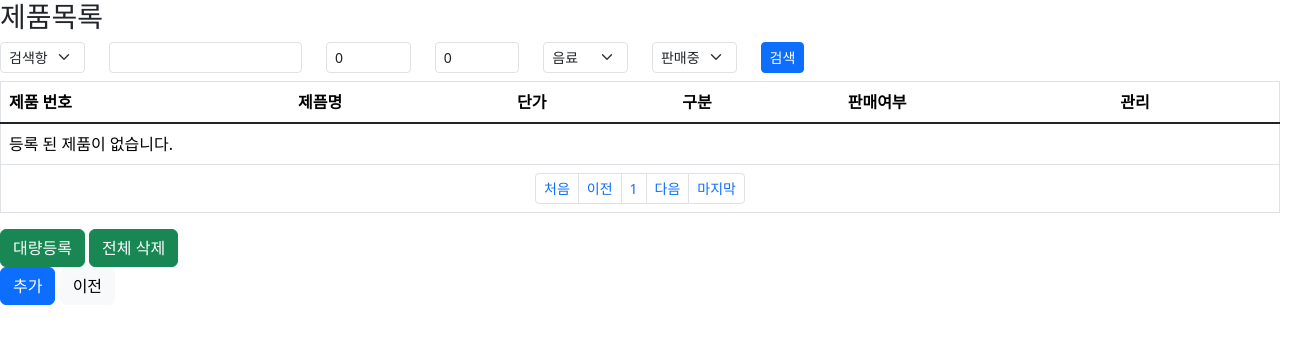
Repository: Hongsomang/spring2
Page: StarCafe/src/main/webapp/resources/view/html/product.html
These files come from the project's save history. The page is drawn as it stood at one moment and after the next save; the edit follows.
The browser window is 1280 px wide. The page is 1292 px wide, so the pictures cover 1292 px, including what lies to the right of the window. The pictures show the whole page.
The page's requests for data from a server got no answer.

Above is the page before, as saved 2023-03-16 02:14:35.

### StarCafe/src/main/webapp/resources/view/html/product.html

<!DOCTYPE html>
<html>
<head>
<meta charset="UTF-8">
<meta name="viewport" content="width-drive.width, initial-scale=1.0">
<link
	href="https://cdn.jsdelivr.net/npm/bootstrap@5.3.0-alpha1/dist/css/bootstrap.min.css"
	rel="stylesheet">
<script
	src="https://cdn.jsdelivr.net/npm/bootstrap@5.3.0-alpha1/dist/js/bootstrap.bundle.min.js"></script>
<script
	src="https://cdnjs.cloudflare.com/ajax/libs/jquery/3.6.0/jquery.min.js"></script>
<script type="text/javascript" src="/resources/js/pager.js"></script>
<script type="text/javascript" src="/resources/js/search.js"></script>
<link href="/resources/css/pager.css" rel="stylesheet" type="text/css">
<!-- ${pageContext.request.contextPath} -->
</head>
<body>
	<div>
		<div>
			<h3>제품목록</h3>
		</div>
		<div>

			<div class="row mb-2">
				<div class="col-1">
					<select name="search" class=" form-select-sm form-select">
						<option>검색항목</option>
						<option value="1">제품번호</option>
						<option value="2">제품명</option>
						<option value="3">단가</option>
						<option value="4">구분</option>
						<option value="5">판매여부</option>
					</select>
				</div>
				<div class="col-2">
					<input name="keyword" type="text"
						class="form-control  form-control-sm keyword-all keyword-1 keyword-2">
				</div>

				<div class="col-1">
					<input name="minPrice" type="number"
						class="form-control form-control-sm keyword-all keyword-3"
						placeholder="이전금액" value="0">
				</div>

				<div class="col-1 ">
					<input name="maxPrice" type="number"
						class="form-control form-control-sm keyword-all keyword-3"
						placeholder="이후금액" value="0">
				</div>

				<div class="col-1 ">
					<select name="category"
						class=" form-select-sm form-select keyword-all keyword-4">
						<option value="1">음료</option>
						<option value="2">푸드</option>
						<option value="3">상품</option>
						<option value="4">카드</option>

					</select>
				</div>
				<div class="col-1">
					<select name="status"
						class=" form-select-sm form-select keyword-all keyword-5">
						<option value="0">판매중지</option>
						<option value="1">판매중</option>

					</select>
				</div>
				<div class="col-1">
					<button id="search" class="btn btn-sm btn-primary">검색</button>
				</div>
			</div>

		</div>
		<div>
			<table border="1" class="table">
				<thead>
					<tr>
						<th scope="col">제품 번호</th>
						<th scope="col">제픔명</th>
						<th scope="col">단가</th>
						<th scope="col">구분</th>
						<th scope="col">판매여부</th>
						<th scope="col">관리</th>
					</tr>
				</thead>

				<tbody id="list" class="table-group-divider">

					<tr id="empty_list">
						<td colspan="6">등록 된 제품이 없습니다.</td>
					</tr>




				</tbody>
				<tfoot>
					<tr>
						<td colspan="6">
							<ol style="margin: 0"
								class="pagination pagination-sm justify-content-center">
								<li class="page-item page-first"><div class="page-link">
										처음</div></li>
								<li class="page-item page-prev"><div class="page-link">
										이전</div></li>

								<li class="page-item page-list "><div class="page-link">1</div></li>


								<li class="page-item page-next"><div class="page-link">
										다음</div></li>
								<li class="page-item page-last"><div class="page-link">
										마지막</div></li>
							</ol>
						</td>
					</tr>
				</tfoot>
			</table>
		</div>
		<div>
			<a class="btn btn-success" href="dummy">대량등록</a> <a
				class="btn btn-success" href="init">전체 삭제</a>
		</div>
		<div>
			<a class="btn btn-primary" href="add">추가</a> <a class="btn btn-light"
				href="../">이전</a>
		</div>
	</div>
</body>
</html>

### StarCafe/src/main/webapp/resources/js/pager.js
/**
 *
 */
let pager;

window.onload = ()=>{
    getPage(1);

};
function getPage(page){
    //fetch 를 실행하겠습니다.
    //이주소로 패치를 해라 정상정으로 실행되면 콘솔에 입력이 되어라
    //fetch 는 promise이다.
    fetch(`/api/product?page=${page}`)
    .then(resp => resp.json())
    .then(result =>{
    	//onClickListener 는 새로 생경나는거라서
        document.querySelector(".pagination .page-next").onclick = e =>  getPage(result.pager.next);
        document.querySelector(".pagination .page-prev").onclick = e =>  getPage(result.pager.prev);
        document.querySelector(".pagination .page-last").onclick = e =>  getPage(result.pager.last);
        document.querySelector(".pagination .page-first").onclick = e =>  getPage(1);

        console.log(result.pager.page);
        const tbody=document.querySelector("#list");

        tbody.querySelectorAll(".item").forEach(element =>{
            element.remove();
        });

        if(result.list.length <1){
            document.querySelector("#empty_list").classList.remove("hide");

        }
        else{
            document.querySelector("#empty_list").classList.add("hide");

        }



        result.list.forEach(element => {
            console.log(element);
            const tr=document.createElement("tr");
            tr.classList.add("item");

            const id=document.createElement("td");
            id.textContent=element.id;
            tr.append(id);

            const name=document.createElement("td");
            name.textContent=element.name;
            tr.append(name);


            const price=document.createElement("td");
            price.textContent=element.price+"원";
            tr.append(price);

            const category=document.createElement("td");
            category.textContent=element.category_;
            tr.append(category);

            const status=document.createElement("td");
            status.textContent=element.status_;
            tr.append(status);

            const manage=document.createElement("td");

            const delete_btn=document.createElement("a");
            delete_btn.text="삭제";
            delete_btn.classList.add("btn","btn-danger");
            manage.append(delete_btn);
            const update_btn=document.createElement("a");
            update_btn.text="변경";
            update_btn.classList.add("btn","btn-warning");
            manage.append(update_btn);
            tr.append(manage);


            tbody.append(tr);
        });

    });

    console.log("완료");
}

### StarCafe/src/main/webapp/resources/js/search.js
/**
 *
 */

 $(document).ready(function(){
			/*document.querySelector("select[name='search']").addEventListener("change",e=>{
				document.querySelectAll(".keyword-all").forEach(item =>{
					item.disabled=true;});

				const item=e.target[e.target.selectedIndex];
				alter(item.textcontent);

				document.querySelectAll(".keyword-all").forEach(item =>{
					item.disabled=true;});

				document.querySelectAll(".keyword-"+value).forEach(item =>{
					item.disabled=true;});
				})
			});*/

			$('select[name=search]').change(function(){
				const search=$(this).val();
				console.dir($(this));
				console.log(search);
				if(search==1|| search==2){
						$('.keyword-all').attr("disabled",true);
						$('.keyword-1').attr("disabled",false);
				}
				else if(search==3){
					$('.keyword-all').attr("disabled",true);
					$('.keyword-3').attr("disabled",false);
				}
				else if(search==4){
					$('.keyword-all').attr("disabled",true);
					$('.keyword-4').attr("disabled",false);
				}
				else if(search==5){
					$('.keyword-all').attr("disabled",true);
					$('.keyword-5').attr("disabled",false);
				}else{
					$('.keyword-all').attr("disabled",false);

				}
			});
		});

### StarCafe/src/main/webapp/resources/css/pager.css

.hide{
	display: none;
}

After the next save:
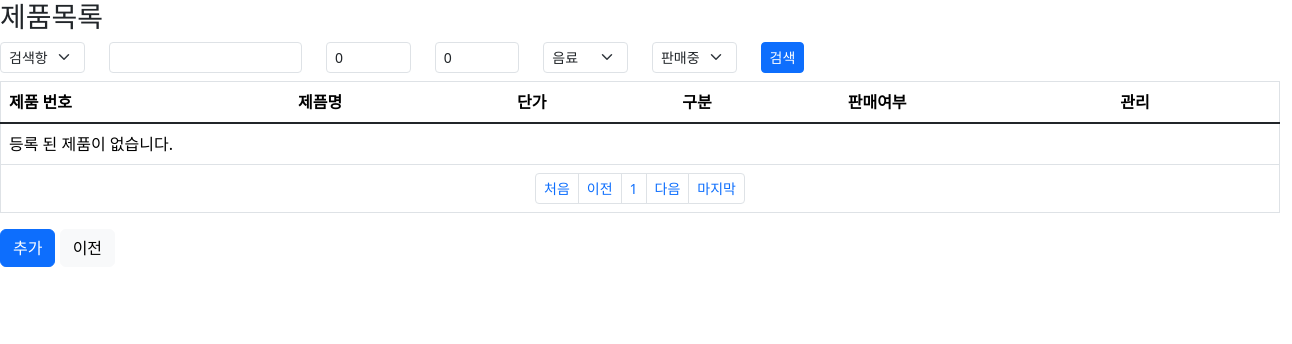
Saved 26 min 56 s later.
--- a/StarCafe/src/main/webapp/resources/view/html/product.html
+++ b/StarCafe/src/main/webapp/resources/view/html/product.html
@@ -122,10 +122,6 @@
 			</table>
 		</div>
 		<div>
-			<a class="btn btn-success" href="dummy">대량등록</a> <a
-				class="btn btn-success" href="init">전체 삭제</a>
-		</div>
-		<div>
 			<a class="btn btn-primary" href="add">추가</a> <a class="btn btn-light"
 				href="../">이전</a>
 		</div>
